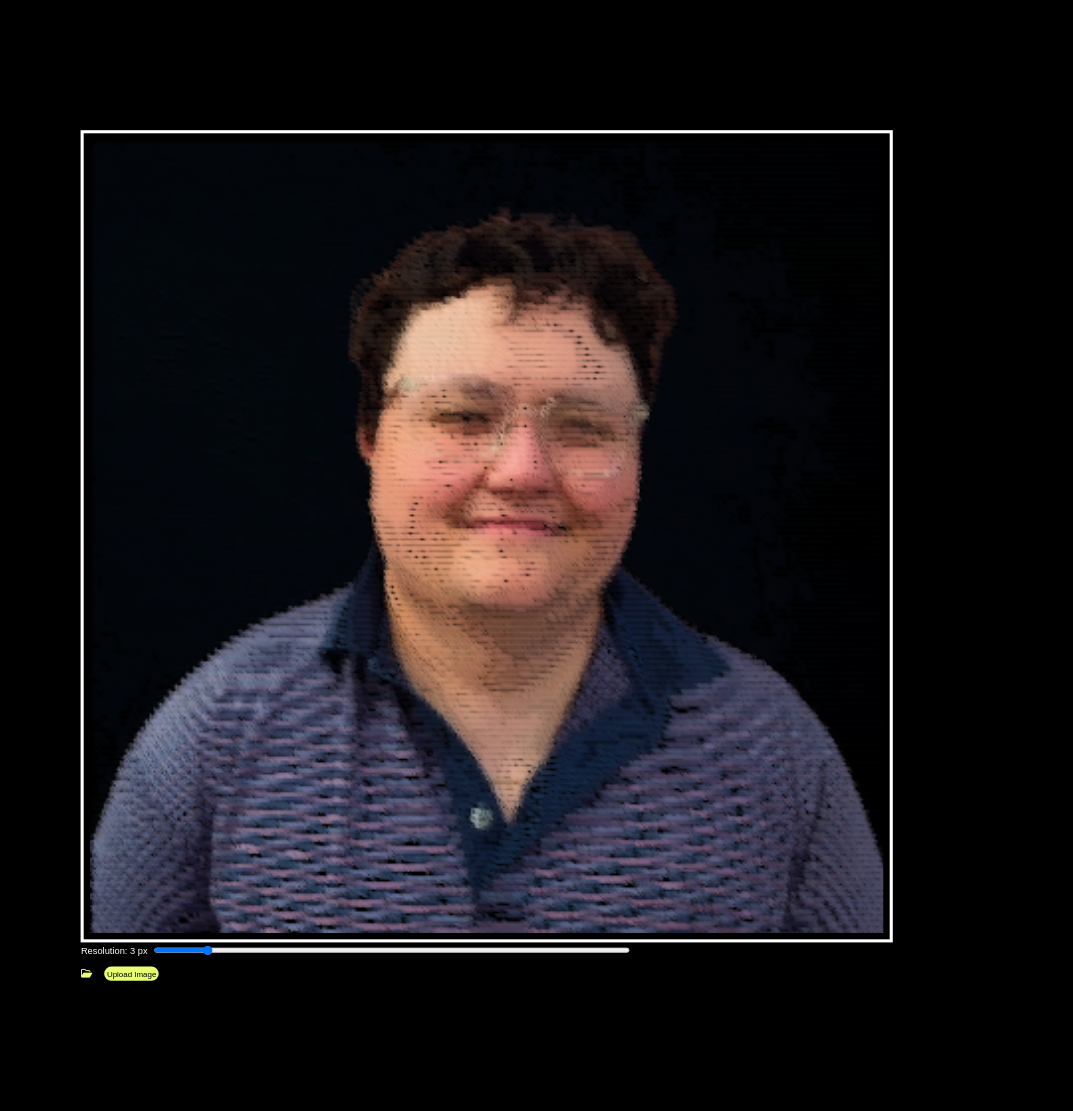
Repository: rosieomusic/ascii-art
Page: index.html
These files come from the project's save history. The page is drawn as it stood at one moment and after the next save; the edit follows.
The browser window is 1280 px wide. The page is 1570 px wide, then 1730 px, then 1570 px, so the pictures cover 1730 px, including what lies to the right of the window. The pictures show the whole page, at 62% of full size.
Some web libraries are served in a nearby version.

Above is the page before, as saved 2025-05-06 17:39:35.

After the next save:
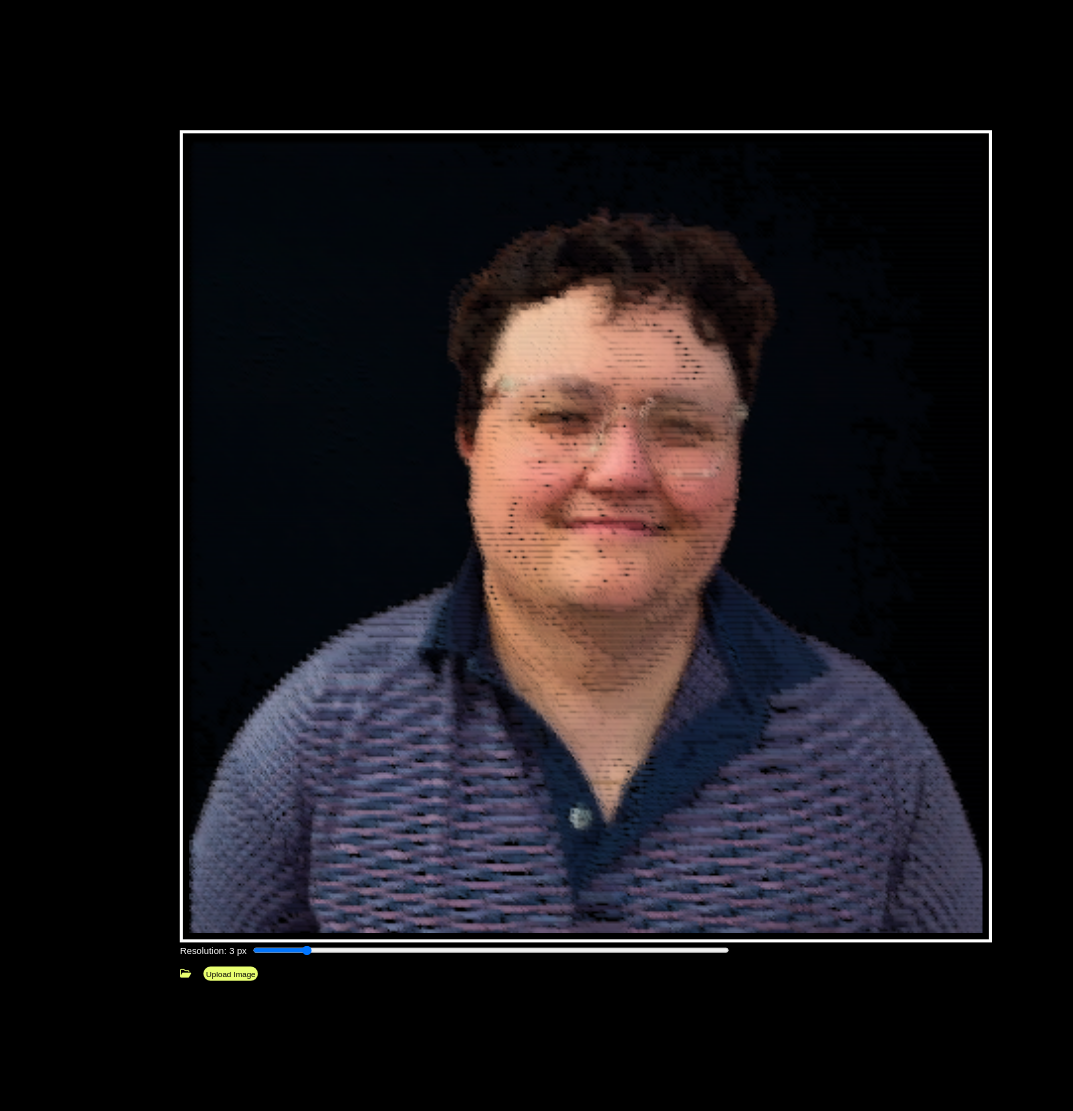
Saved 24 s later.
--- a/styles.css
+++ b/styles.css
@@ -82,7 +82,7 @@
 		max-width: 100vw;
 		height: auto;
 	}
-	#explanation {
+	#explaination {
 		width: 100vw;
 		padding: 10em;
 	}

After the 3 saves that followed:
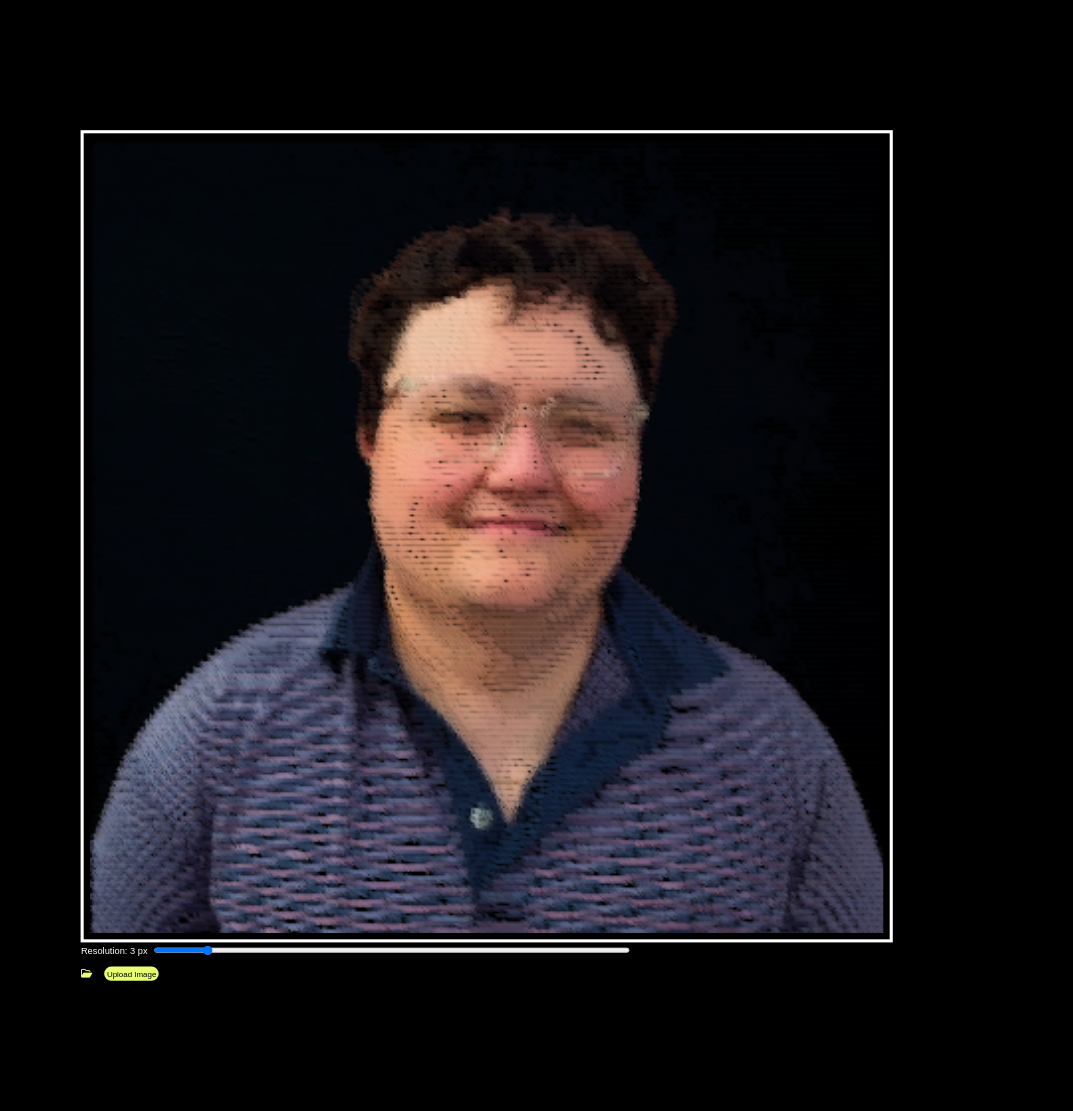
The 3 saves are shown as one change because 2 left the picture as it was.
The last was saved 82 s later.
--- a/styles.css
+++ b/styles.css
@@ -18,6 +18,7 @@
 	position: relative;
 	justify-content: center;
 	align-items: center;
+	width: auto;
 }
 #canvas1 {
 	border: 5px solid white;
@@ -82,10 +83,7 @@
 		max-width: 100vw;
 		height: auto;
 	}
-	#explaination {
-		width: 100vw;
-		padding: 10em;
-	}
+
 	body {
 		font-size: 1rem;
 	}
